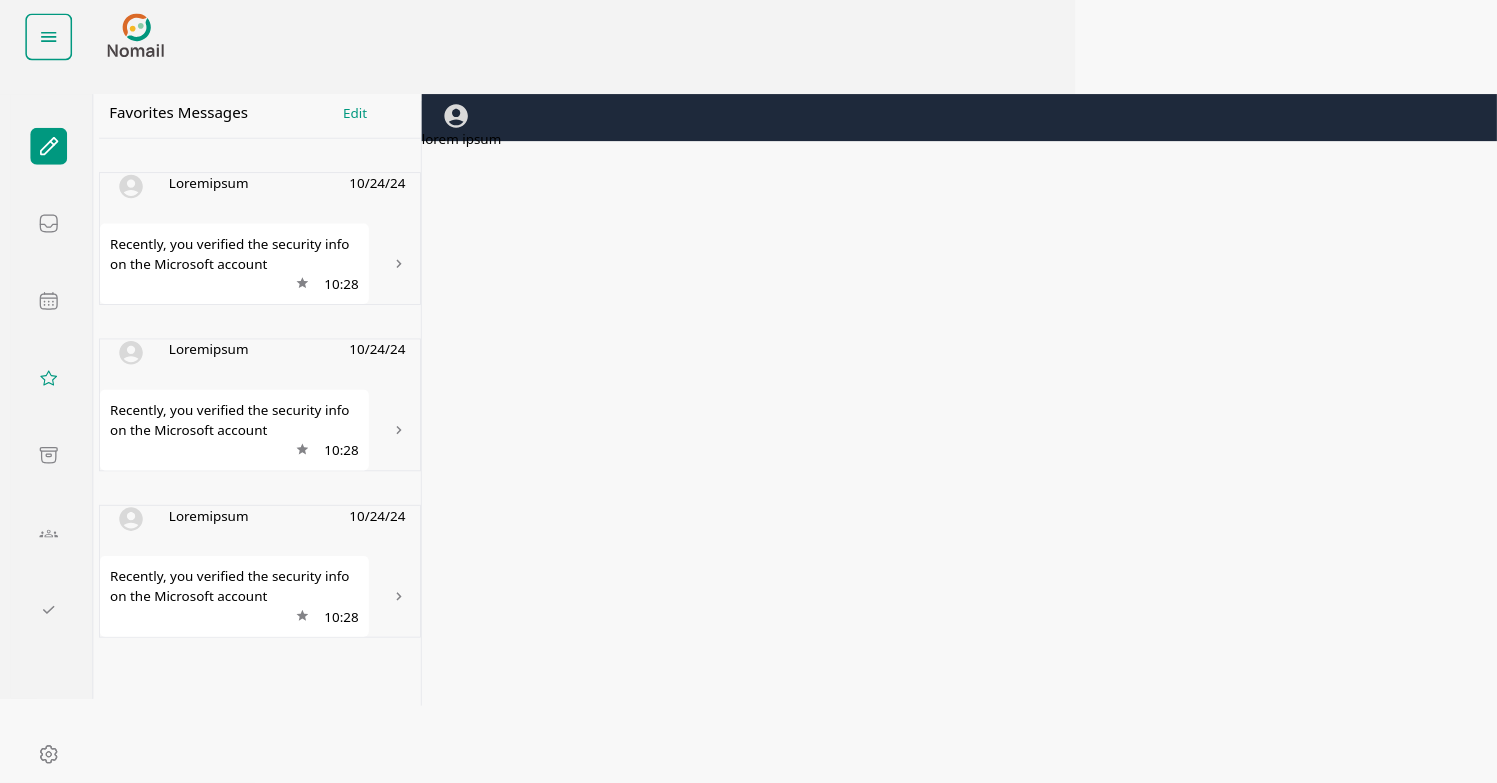
Repository: Tofigkh1/Nomail-Project
Page: /favorites (app in client/)
The author's editor kept a copy of each file at every save. The page is drawn from the files as they stood at one save, then again after a run of saves.
The browser window is 1280 px wide. The page is 1782 px wide, so the pictures cover 1782 px, including what lies to the right of the window. The pictures show the whole page, at 84% of full size.
The project was rebuilt for these pictures with package versions that can differ from the ones it lists, and the page was loaded fresh each time. The framework's server and built-in components were replaced by stand-ins that run in the browser. Also part of the build but not shown: client/next.config.mjs, client/components/shared/svg/FavoritesSvg.jsx, client/components/shared/svg/calendarActiveSvg.jsx, client/components/shared/client/CheckBox/index.tsx.

Above is the page before, as saved 2024-11-22 02:59:22.

### client/app/layout.tsx

import type { Metadata } from "next";
import localFont from "next/font/local";
import "./Styles/globals.css";


const geistSans = localFont({
  src: "./fonts/GeistVF.woff",
  variable: "--font-geist-sans",
  weight: "100 900",
});
const geistMono = localFont({
  src: "./fonts/GeistMonoVF.woff",
  variable: "--font-geist-mono",
  weight: "100 900",
});

export const metadata: Metadata = {
  title: "Create Next App",
  description: "Generated by create next app",
};

export default function RootLayout({
  children,
}: Readonly<{
  children: React.ReactNode;
}>) {
  return (
    <html lang="en">
      <body
        className={`${geistSans.variable} ${geistMono.variable} antialiased`}
      >
        {children}

      </body>
    </html>
  );
}

### client/app/Styles/globals.css
@tailwind base;
@tailwind components;
@tailwind utilities;

body{
  background-color: #f8f8f8;
}

.App {
  font-family: sans-serif;
  text-align: center;
}


:root {
  --background: #ffffff;
  --foreground: #171717;
}

@media (prefers-color-scheme: dark) {
  :root {
    --background: #0a0a0a;
    --foreground: #ededed;
  }
}


@layer utilities {
  .text-balance {
    text-wrap: balance;
  }
}

### client/components/shared/client/Header/header.tsx
'use client';
import { useContext } from "react";
import { SidebarContext } from '../SideBarMenu/sideBarMenu'; // Import context
import NomailLogo from "@/components/shared/svg/headerlLogoSvg";
import HamburgerBtnSvg from "../../svg/hamburgerBtnSvg"



export default function Header() {

    const { expanded, setExpanded } = useContext(SidebarContext); // Access context

    return (
        <div className="flex items-center justify-between p-4 bg-headerColor text-white">
            <div className='w-auto h-20 flex gap-14'>

                <div>
                    <button onClick={() => setExpanded(!expanded)}
                            className="pl-3.5  hover:bg-clientButtonGreen w-14 h-11">
                        <HamburgerBtnSvg/>
                    </button>
                </div>

                <div>
                    <NomailLogo/>
                </div>


            </div>
        </div>
    );
}

### client/components/shared/client/SideBarMenu/sideBarMenu.tsx
'use client';
import React, {  useContext, ReactNode } from "react";
// import { ChevronFirst, ChevronLast } from "lucide-react";


export const SidebarContext = React.createContext<{ expanded: boolean; setExpanded: (expanded: boolean) => void; }>({
    expanded: false,
    setExpanded: () => {},
});

// Sidebar component now depends on context for state
export default function Sidebar({ children }: { children: ReactNode }) {
    const { expanded } = useContext(SidebarContext);

    return (
        <aside className="h-screen bg-headerColor">
            <nav
                className={`h-full flex flex-col bg-headerColor border-r border-whiteLight3 transition-all duration-200 ease-in-out ml-3 ${expanded ? "w-[127%] h-[130%] " : "w-[99px]"}`}>

                <ul className=" flex-1 px-3">{children}</ul>
            </nav>
        </aside>
    );
}

// SidebarItem component for individual items inside the sidebar
type SidebarItemProps = {
    icon: ReactNode;   // Icon to display in the sidebar item
    text: string;      // Text to display in the sidebar item
    active: boolean;   // Boolean to determine if the item is active (highlighted)
    onClick: () => void; // Add onClick function to handle clicks
    style?: React.CSSProperties;
};

export function SidebarItem({icon, text, active, onClick,style}: SidebarItemProps) {
    const context = useContext(SidebarContext); // Sidebar context to manage expanded/collapsed state
    const {expanded} = context!;

    return (

        <li
            onClick={onClick} // Attach the click handler here
            style={style}
            className={`group relative flex items-center py-2 px-3 my-1 font-medium rounded-md cursor-pointer transition-colors mt-8
                ${
                  active
                    ? "text-mainRedLight" // Active item style
                    : expanded || active // Eğer expanded true ise hover stilini ekle
                    ? "hover:bg-textColorGreen"
                    : "" // Expanded değilse hover stili olmasın
                }`}
        >

            <span className="text-xl transition-all duration-300 ease-in-out">
        {icon}
      </span>

            {/* Text büyütüldü ve boşluk artırıldı */}
            {expanded && (
                <span className="ml-4 text-xl text-black transition-all duration-300 ease-in-out ">
          {text}
        </span>
            )}


            {!expanded && (
                <span
                    className={` absolute left-full whitespace-nowrap bg-textColorGreen text-white rounded-md py-1 px-2 transition-all duration-300 ease-in-out ml-2 opacity-0 group-hover:opacity-100`}
                >
          {text}
        </span>
            )}
        </li>
    );
}

### client/components/shared/svg/newMail.jsx
'use client'
export default function  newMail(){
    return(
        <>
            <svg width="44" height="44" viewBox="0 0 44 44" fill="none" xmlns="http://www.w3.org/2000/svg">
                <rect width="44" height="44" rx="8" fill="#00987F"/>
                <path fill-rule="evenodd" clip-rule="evenodd"
                      d="M27.5115 11.2439C27.902 10.8534 28.5351 10.8534 28.9257 11.2438L33.1687 15.4863C33.3562 15.6739 33.4616 15.9282 33.4616 16.1935C33.4616 16.4587 33.3562 16.7131 33.1687 16.9006L17.6122 32.4571C17.4247 32.6446 17.1703 32.75 16.9051 32.75H12.6626C12.1103 32.75 11.6626 32.3023 11.6626 31.75V27.5075C11.6626 27.2423 11.768 26.9879 11.9555 26.8004L27.5115 11.2439ZM28.2187 13.3652L13.6626 27.9217V30.75H16.4909L31.0473 16.1935L28.2187 13.3652Z"
                      fill="white"/>
                <path fill-rule="evenodd" clip-rule="evenodd"
                      d="M23.269 15.4864C23.6595 15.0959 24.2927 15.0959 24.6832 15.4864L28.9257 19.7289C29.3162 20.1194 29.3162 20.7526 28.9257 21.1431C28.5352 21.5336 27.902 21.5336 27.5115 21.1431L23.269 16.9006C22.8784 16.5101 22.8784 15.8769 23.269 15.4864Z"
                      fill="white"/>
            </svg>


        </>
    )
}

### client/components/shared/svg/ArchiveSvg.jsx
'use client'
export default function archiveSvg(){
    return(
        <>
            <svg width="44" height="44" viewBox="0 0 44 44" fill="none" xmlns="http://www.w3.org/2000/svg">
                <path
                    d="M19 22C19 21.534 19 21.301 19.076 21.117C19.1777 20.8725 19.3723 20.6783 19.617 20.577C19.801 20.5 20.034 20.5 20.5 20.5H23.5C23.966 20.5 24.199 20.5 24.383 20.576C24.6275 20.6777 24.8217 20.8723 24.923 21.117C25 21.301 25 21.534 25 22C25 22.466 25 22.699 24.924 22.883C24.8223 23.1275 24.6277 23.3217 24.383 23.423C24.199 23.5 23.966 23.5 23.5 23.5H20.5C20.034 23.5 19.801 23.5 19.617 23.424C19.3725 23.3223 19.1783 23.1277 19.077 22.883C19 22.699 19 22.466 19 22Z"
                    stroke="#A4A4A9" stroke-width="1.5"/>
                <path
                    d="M19 22C19 21.534 19 21.301 19.076 21.117C19.1777 20.8725 19.3723 20.6783 19.617 20.577C19.801 20.5 20.034 20.5 20.5 20.5H23.5C23.966 20.5 24.199 20.5 24.383 20.576C24.6275 20.6777 24.8217 20.8723 24.923 21.117C25 21.301 25 21.534 25 22C25 22.466 25 22.699 24.924 22.883C24.8223 23.1275 24.6277 23.3217 24.383 23.423C24.199 23.5 23.966 23.5 23.5 23.5H20.5C20.034 23.5 19.801 23.5 19.617 23.424C19.3725 23.3223 19.1783 23.1277 19.077 22.883C19 22.699 19 22.466 19 22Z"
                    stroke="black" stroke-opacity="0.2" stroke-width="1.5"/>
                <path
                    d="M30.5 17V23C30.5 26.771 30.5 28.657 29.328 29.828C28.157 31 26.271 31 22.5 31H21.5C17.729 31 15.843 31 14.672 29.828C13.5 28.657 13.5 26.771 13.5 23V17"
                    stroke="#A4A4A9" stroke-width="1.5" stroke-linecap="round"/>
                <path
                    d="M30.5 17V23C30.5 26.771 30.5 28.657 29.328 29.828C28.157 31 26.271 31 22.5 31H21.5C17.729 31 15.843 31 14.672 29.828C13.5 28.657 13.5 26.771 13.5 23V17"
                    stroke="black" stroke-opacity="0.2" stroke-width="1.5" stroke-linecap="round"/>
                <path
                    d="M12 15C12 14.057 12 13.586 12.293 13.293C12.586 13 13.057 13 14 13H30C30.943 13 31.414 13 31.707 13.293C32 13.586 32 14.057 32 15C32 15.943 32 16.414 31.707 16.707C31.414 17 30.943 17 30 17H14C13.057 17 12.586 17 12.293 16.707C12 16.414 12 15.943 12 15Z"
                    stroke="#A4A4A9" stroke-width="1.5"/>
                <path
                    d="M12 15C12 14.057 12 13.586 12.293 13.293C12.586 13 13.057 13 14 13H30C30.943 13 31.414 13 31.707 13.293C32 13.586 32 14.057 32 15C32 15.943 32 16.414 31.707 16.707C31.414 17 30.943 17 30 17H14C13.057 17 12.586 17 12.293 16.707C12 16.414 12 15.943 12 15Z"
                    stroke="black" stroke-opacity="0.2" stroke-width="1.5"/>
            </svg>

        </>
    )
}

### client/components/shared/svg/TodoSvg.jsx
'use client'
export default function  todoSvg(){
    return(
        <>
            <svg width="44" height="44" viewBox="0 0 44 44" fill="none" xmlns="http://www.w3.org/2000/svg">
                <path d="M19.8957 27L15 22.2599L16.2239 21.0748L19.8957 24.6299L27.7761 17L29 18.185L19.8957 27Z"
                      fill="#A4A4A9"/>
                <path d="M19.8957 27L15 22.2599L16.2239 21.0748L19.8957 24.6299L27.7761 17L29 18.185L19.8957 27Z"
                      fill="black" fill-opacity="0.2"/>
            </svg>

        </>
    )
}

### client/components/shared/svg/FavoritesActiveSvg.jsx
'use client'
export default function  favoritesActiveSvg(){
    return(
        <>
        <svg width="44" height="44" viewBox="0 0 44 44" fill="none" xmlns="http://www.w3.org/2000/svg">
<path d="M15.5808 30.2201C15.4833 30.7528 16.0307 31.1692 16.5132 30.9316L22.0006 28.2246L27.4868 30.9316C27.9693 31.1692 28.5168 30.7528 28.4193 30.2213L27.3818 24.5457L31.7842 20.5188C32.1967 20.142 31.9842 19.4533 31.4317 19.3789L25.3093 18.5438L22.5794 13.3517C22.5274 13.2465 22.4453 13.1576 22.3428 13.0953C22.2402 13.0331 22.1214 13 22 13C21.8787 13 21.7598 13.0331 21.6573 13.0953C21.5547 13.1576 21.4727 13.2465 21.4206 13.3517L18.6907 18.545L12.5683 19.3801C12.0171 19.4545 11.8033 20.1432 12.2146 20.52L16.6182 24.5469L15.5808 30.2225V30.2201ZM21.7119 26.8999L17.1045 29.1725L17.972 24.4245C17.9928 24.3152 17.9852 24.2026 17.9496 24.0969C17.914 23.9911 17.8517 23.8955 17.7682 23.8185L14.1358 20.4948L19.2007 19.8037C19.3054 19.788 19.4046 19.7484 19.4901 19.6883C19.5756 19.6281 19.6448 19.5492 19.6919 19.4581L21.9981 15.0688L24.3068 19.4581C24.354 19.5492 24.4232 19.6281 24.5086 19.6883C24.5941 19.7484 24.6934 19.788 24.7981 19.8037L29.863 20.4936L26.2306 23.8173C26.1469 23.8944 26.0844 23.9903 26.0488 24.0962C26.0133 24.2022 26.0057 24.315 26.0268 24.4245L26.8943 29.1725L22.2869 26.8999C22.1979 26.8555 22.0991 26.8324 21.9988 26.8324C21.8985 26.8324 21.8009 26.8555 21.7119 26.8999Z" fill="#00987F"/>
</svg>



        </>
    )
}

### client/components/shared/client/FavoritesMessage/index.tsx
// import CheckboxComponent from "../CheckBox";
// import SearchIconSvg from "../../svg/SearchIconSvg";
import ProfileSvg from "../../../../components/shared/svg/ProfileSvg"
import MessageArrovSvg from "../../../../components/shared/svg/MessageArrovSvg"
import { useState } from "react";
import CheckboxComponent from "../CheckBox";
import StarSvg from "../../../../components/shared/svg/starSvg"


export default function FavoritesMessage() {
    const [editMode, setEditMode] = useState(false);

    const handleEditClick = () => {
        setEditMode(!editMode);
    };
    return (
        <>
            <div className='w-96 h-screen border-r border-whiteLight3 '>







                <div className='flex text-textColGreen font-medium justify-between mt-2'>
                <h1 className="text-black ml-3 text-lg">Favorites Messages</h1>
                <button className={ editMode? 'mr-12 bg-gray-400 rounded-lg w-16 h-8 text-white': 'mr-16' } onClick={handleEditClick}>
                            {editMode ? "Done" : "Edit"}
                        </button>
                </div>
                <div className="border-b border-whiteLight3 mt-4 w-full"></div>
                {[...Array(3)].map((_, index) => (
                        <div key={index}>
                <div className=" border border-r border-whiteLight3 mt-10">
                {editMode && <CheckboxComponent />}
                    <div className=" flex gap-36 ml-3">



                <div className=" flex gap-5">
                <ProfileSvg/>
                <div className=" flex">
                <h1>Lorem</h1>
                <h1>ipsum</h1>
                </div>


                </div>

                <div>
                <h1 className=" -ml-6">10/24/24</h1>
                </div>

                </div>


<div className=" mt-7 flex items-center ">
                <div className="  bg-white rounded-md w-80 h-24 p-3">
                    <p>Recently, you verified the security info on the Microsoft account </p>
                    <div className=" flex justify-end right-0 ml-7 gap-4">
                    <StarSvg/>
                    <h1>10:28</h1>
                    </div>



                </div>

                <div className="ml-5">
                    <MessageArrovSvg/>
                </div>

                </div>
                </div>
</div>
  ))}

                {/* <div className=" border border-whiteLight3 w-full pt-7 mt-5">

<div className=" flex gap-36 ml-3">



<div className=" flex gap-5">
<ProfileSvg/>
<h1>Lorem Ipsum</h1>

</div>

<div>
<h1 className="">10/24/24</h1>
</div>

</div>


<div className=" mt-7 flex items-center ">
<div className="  bg-white rounded-md w-80 h-24 p-3">
<p>Recently, you verified the security info on the Microsoft account </p>
</div>

<div className="ml-5">
<MessageArrovSvg/>
</div>

</div>
</div>


<div className=" border border-whiteLight3 w-full pt-7 mt-5">

<div className=" flex gap-36 ml-3">



<div className=" flex gap-5">
<ProfileSvg/>
<h1>Lorem Ipsum</h1>

</div>

<div>
<h1 className="">10/24/24</h1>
</div>

</div>


<div className=" mt-7 flex items-center ">
<div className="  bg-white rounded-md w-80 h-24 p-3">
<p>Recently, you verified the security info on the Microsoft account </p>
</div>

<div className="ml-5">
<MessageArrovSvg/>
</div>

</div>
</div> */}

            </div>
        </>
    );
}

### client/components/shared/client/messagesView/index.tsx
"use client";

import ProfileSvg from "../../svg/ProfileSvg";


export default function MessagesView() {



    return(

        <div>

        <header>
            <div className=" top-0 w-screen h-14 bg-slate-800">

                <div className=" pt-2.5 ml-4">
                <ProfileSvg/>
                </div>

                <div>
                    <h1>lorem ipsum</h1>
                </div>

            </div>
        </header>


        </div>

    )

}

### client/components/shared/svg/hamburgerBtnSvg.jsx
'use client'
export default function  HamburgerBtnSvg(){
    return(
        <>
            <svg width="56" height="56" viewBox="0 0 56 56" fill="none" xmlns="http://www.w3.org/2000/svg">
                <rect x="1" y="1" width="54" height="54" rx="7" stroke="#00987F" stroke-width="2"/>
                <path d="M19 22H37V24H19V22ZM19 27H37V29H19V27ZM19 32H37V34H19V32Z" fill="#00987F"/>
            </svg>


        </>
    )
}

### client/components/shared/svg/ProfileSvg.jsx
'use client'
export default function  ProfileSvg(){
    return(
        <>


            <svg width="50" height="32" viewBox="0 0 32 32" fill="none" xmlns="http://www.w3.org/2000/svg">
<g clip-path="url(#clip0_1904_19120)">
<path fill-rule="evenodd" clip-rule="evenodd" d="M16 2C8.2678 2 2 8.2678 2 16C2 23.7322 8.2678 30 16 30C23.7322 30 30 23.7322 30 16C30 8.2678 23.7322 2 16 2ZM11.1 12.5C11.1 11.8565 11.2267 11.2193 11.473 10.6249C11.7192 10.0304 12.0802 9.49018 12.5352 9.03518C12.9902 8.58017 13.5304 8.21924 14.1249 7.97299C14.7193 7.72674 15.3565 7.6 16 7.6C16.6435 7.6 17.2807 7.72674 17.8751 7.97299C18.4696 8.21924 19.0098 8.58017 19.4648 9.03518C19.9198 9.49018 20.2808 10.0304 20.527 10.6249C20.7733 11.2193 20.9 11.8565 20.9 12.5C20.9 13.7996 20.3838 15.0459 19.4648 15.9648C18.5459 16.8838 17.2996 17.4 16 17.4C14.7004 17.4 13.4541 16.8838 12.5352 15.9648C11.6162 15.0459 11.1 13.7996 11.1 12.5ZM24.7612 22.9776C23.7129 24.2955 22.3805 25.3597 20.8635 26.0908C19.3465 26.8219 17.684 27.2011 16 27.2C14.316 27.2011 12.6535 26.8219 11.1365 26.0908C9.61949 25.3597 8.28713 24.2955 7.2388 22.9776C9.5082 21.3494 12.605 20.2 16 20.2C19.395 20.2 22.4918 21.3494 24.7612 22.9776Z" fill="#D9D9D9"/>
</g>
<defs>
<clipPath id="clip0_1904_19120">
<rect width="32" height="32" fill="white"/>
</clipPath>
</defs>
</svg>


        </>
    )
}

### client/components/shared/svg/MessageArrovSvg.jsx
'use client'
export default function  MessageArrovSvg(){
    return(
        <>




            <svg width="32" height="32" viewBox="0 0 32 32" fill="none" xmlns="http://www.w3.org/2000/svg">
<path fill-rule="evenodd" clip-rule="evenodd" d="M14.2 11L19 16L14.2 21L13 19.75L16.6 16L13 12.25L14.2 11Z" fill="#A4A4A9"/>
<path fill-rule="evenodd" clip-rule="evenodd" d="M14.2 11L19 16L14.2 21L13 19.75L16.6 16L13 12.25L14.2 11Z" fill="black" fill-opacity="0.2"/>
</svg>

        </>
    )
}

### client/components/shared/svg/starSvg.jsx
'use client'
export default function  starSvg(){
    return(
        <>




<svg width="20" height="20" viewBox="0 0 20 20" fill="none" xmlns="http://www.w3.org/2000/svg">
<path d="M5.6775 17L6.815 12.1934L3 8.96053L8.04 8.53289L10 4L11.96 8.53289L17 8.96053L13.185 12.1934L14.3225 17L10 14.4513L5.6775 17Z" fill="#A4A4A9"/>
<path d="M5.6775 17L6.815 12.1934L3 8.96053L8.04 8.53289L10 4L11.96 8.53289L17 8.96053L13.185 12.1934L14.3225 17L10 14.4513L5.6775 17Z" fill="black" fill-opacity="0.2"/>
</svg>

        </>
    )
}

### client/tailwind.config.ts
import type { Config } from "tailwindcss";

const config: Config = {
  content: [
    "./pages/**/*.{js,ts,jsx,tsx,mdx}",
    "./components/**/*.{js,ts,jsx,tsx,mdx}",
    "./app/**/*.{js,ts,jsx,tsx,mdx}",
  ],
  theme: {
    extend: {
      colors: {
        background: "var(--background)",
        foreground: "var(--foreground)",
        headerColor: "#F3F3F3",
        textColorGreen: "#00987F",
        textGray: "#A4A4A9",
        sideBarColor: "#E5E5E5",
        textColGreen: "#00987F",
        bordersColor: "#D1D1D6"
      },
    },
  },
  plugins: [],
};
export default config;

Loaded but not shown: client/components/shared/svg/settingSvg.jsx (25 lines, source omitted); client/components/shared/svg/calendarSvg.jsx (31 lines, source omitted); client/components/shared/svg/InboxSvg.jsx (17 lines, source omitted); client/components/shared/svg/groupSvg.jsx (17 lines, source omitted); client/app/favorites/page.tsx (120 lines, source omitted); client/components/shared/svg/headerlLogoSvg.jsx (38 lines, source omitted)

After the next 3 saves:
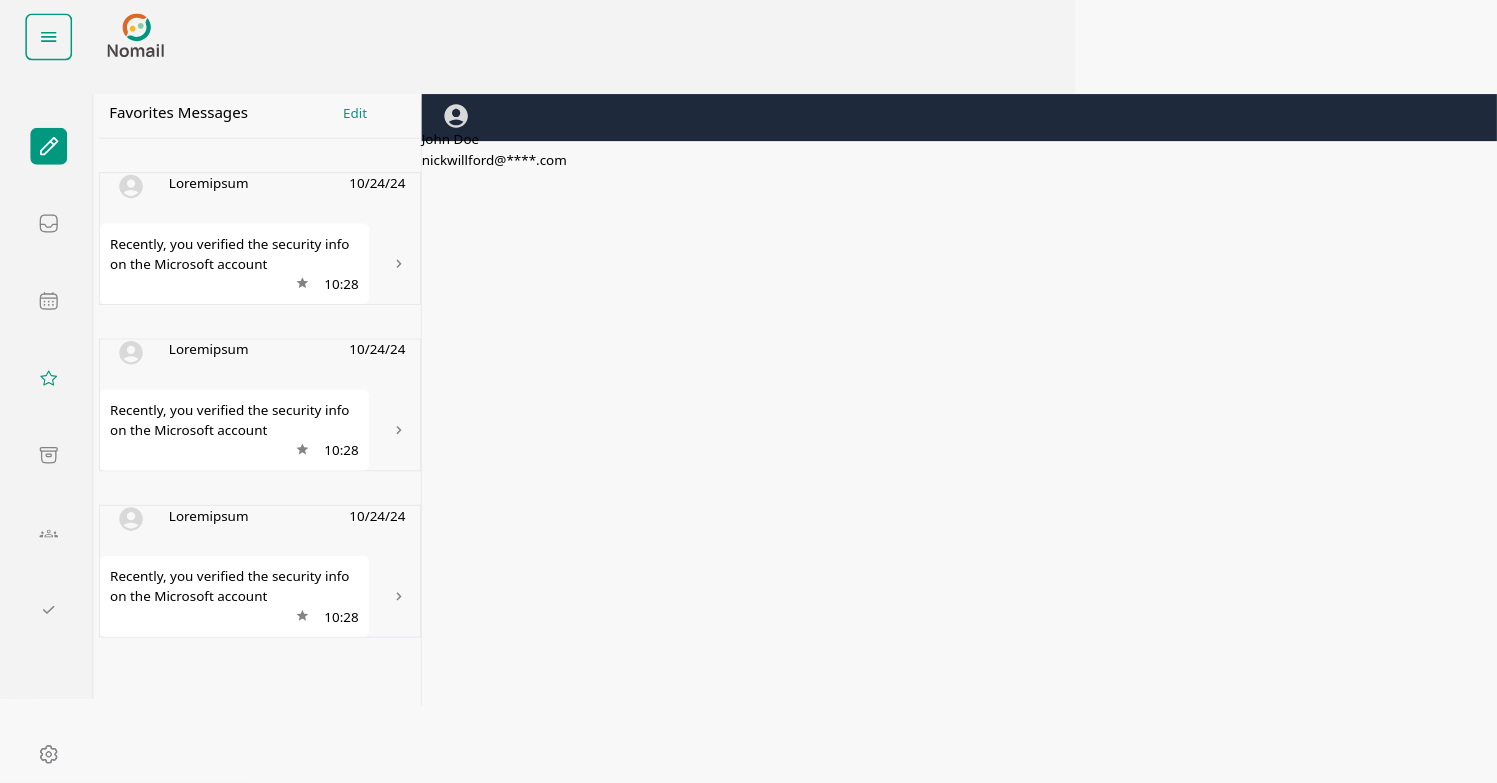
The 3 saves are shown as one change because they came seconds apart.
The last was saved 16 s later.
--- a/client/components/shared/client/messagesView/index.tsx
+++ b/client/components/shared/client/messagesView/index.tsx
@@ -19,7 +19,8 @@ export default function MessagesView() {
                 </div>
 
                 <div>
-                    <h1>lorem ipsum</h1>
+                    <h1>John Doe</h1>
+                    <h1>nickwillford@****.com</h1>
                 </div>
 
             </div>
